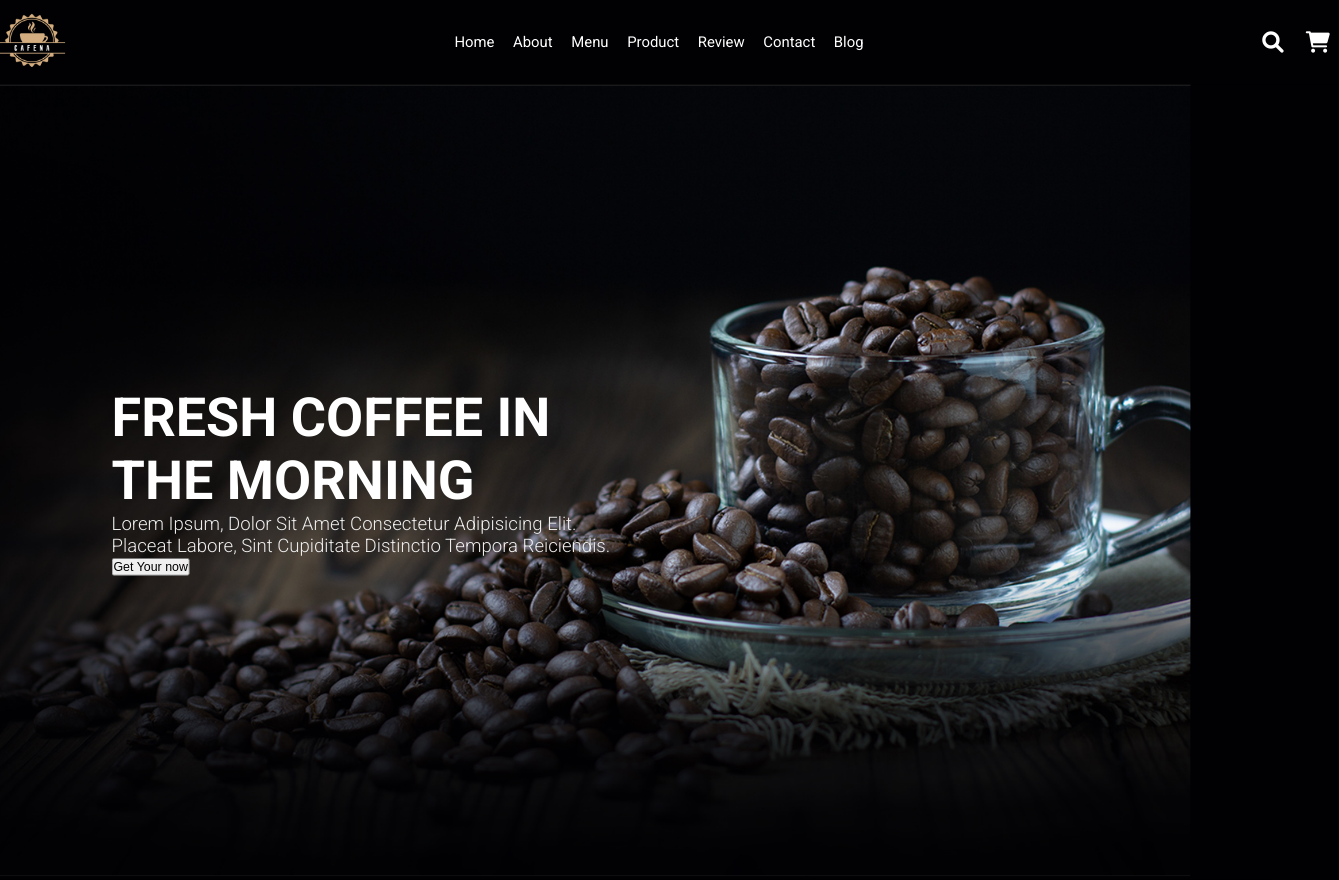
Repository: Dinhthai303/DinhThai
Page: index.html
An editor plug-in stored every save of this project. The page is shown before and after the next save, followed by the edit.
The browser window is 1280 px wide. The page is 1440 px wide, so the pictures cover 1440 px, including what lies to the right of the window. The pictures show the whole page, at 93% of full size.

Above is the page before, as saved 2021-11-28 00:04:26.

### index.html
<!DOCTYPE html>
<html lang="en">

<head>
    <meta charset="UTF-8">
    <meta http-equiv="X-UA-Compatible" content="IE=edge">
    <meta name="viewport" content="width=device-width, initial-scale=1.0">
    <title>Document</title>
    <!-- FONT AWESOME -->
    <link rel="stylesheet" href="https://cdnjs.cloudflare.com/ajax/libs/font-awesome/6.0.0-beta3/css/all.min.css"
        integrity="sha512-Fo3rlrZj/k7ujTnHg4CGR2D7kSs0v4LLanw2qksYuRlEzO+tcaEPQogQ0KaoGN26/zrn20ImR1DfuLWnOo7aBA=="
        crossorigin="anonymous" referrerpolicy="no-referrer" />
    <!-- GOOLE FONT -->
    <link rel="preconnect" href="https://fonts.googleapis.com">
    <link rel="preconnect" href="https://fonts.gstatic.com" crossorigin>
    <link href="https://fonts.googleapis.com/css2?family=Roboto:wght@300;400;500;700&display=swap" rel="stylesheet">
    <!-- MAIN CSS -->
    <link rel="stylesheet" href="./css/style.css">
</head>

<body>
    <header class="header">
        <div class="container">
            <div class="header__content">
                <div class="header__logo">
                    <img src="./images/logo.png" alt="">
                </div>
                <ul class="header__menu">
                    <li class="header__item"><a class="header__link" href="#">Home</a></li>
                    <li class="header__item"><a class="header__link" href="#">About</a></li>
                    <li class="header__item"><a class="header__link" href="#">Menu</a></li>
                    <li class="header__item"><a class="header__link" href="#">Product</a></li>
                    <li class="header__item"><a class="header__link" href="#">Review</a></li>
                    <li class="header__item"><a class="header__link" href="#">Contact</a></li>
                    <li class="header__item"><a class="header__link" href="#">Blog</a></li>
                </ul>
                <div class="header__icon">
                    <i class="fa fa-search"></i>
                    <i class="fa fa-shopping-cart"></i>
                </div>
            </div>
        </div>
    </header>
    <section class="banner">
        <div class="banner__content">
            <img class="banner__image" src="./images/home-img.jpeg" alt="">
            <div class="banner__text">
                <h3 class="banner__title">FRESH COFFEE IN THE MORNING</h3>
                <p class="banner__desc">Lorem Ipsum, Dolor Sit Amet Consectetur Adipisicing Elit. Placeat Labore, Sint
                    Cupiditate Distinctio Tempora Reiciendis.</p>
                <button class="banner__button">Get Your now</button>
            </div>
        </div>
    </section>
    <section class="about"></section>
    <section class="menu"></section>
    <section class="products"></section>
    <section class="review"></section>
    <section class="contact"></section>
    <section class="blog"></section>
    <footer class="footer"></footer>
</body>

</html>

### css/style.css
*{
    margin: 0;
    padding: 0;
    box-sizing: border-box;
}
body{
    font-family: 'Roboto', sans-serif;
    background-color: #010103;
    font-weight: 400;
}
.container{
    width: 1440px;
    margin: 0 auto;
}
.header{
    background-color: #010103;
    border-bottom: 1px solid #4D4E4F;
}
.header__content{
    display: flex;
    justify-content: space-between;
    align-items: center;
    background-color: #010103;
    padding: 15px 0;
}
.header__menu{
    display: flex;
    list-style: none;
    gap: 20px;
}
.header__item:hover .header__link{
    color: #D3AD7F;
}
.header__item:hover .header__link::after{
    opacity: 1;
    transform: translateY(7px);
}
.header__link::after{
    content: "";
    width: 100%;
    height: 2px;
    position: absolute;
    left: 0;
    bottom: 0;
    background-color: #D3AD7F;
    transition: all .5s;
    opacity: 0;
}
.header__link{
    position: relative;
    color: white;
    text-decoration: none;
}
.header__icon i{
    color: white;
    font-size: 23px;
    margin: 0 10px;
    cursor: pointer;
}
.header__icon i:hover{
    color: #D3AD7F;
}
.header__logo img{
    width: 70px;
}
.banner__content{
    position: relative;
    width: 100%;
    height: 850px;
}
.banner__image{
    width: 100%;
    height: 100%;
    object-fit: cover;
}
.banner__text{
    position: absolute;
    top: 50%;
    left: 120px;
    transform: translateY(-50%);
    width: 570px;
}
.banner__title{
    font-size: 58px;
    color: white;
}
.banner__desc{
    font-size: 20px;
    color: rgb(238, 238, 238);
    font-weight: lighter;
}

After the next save:
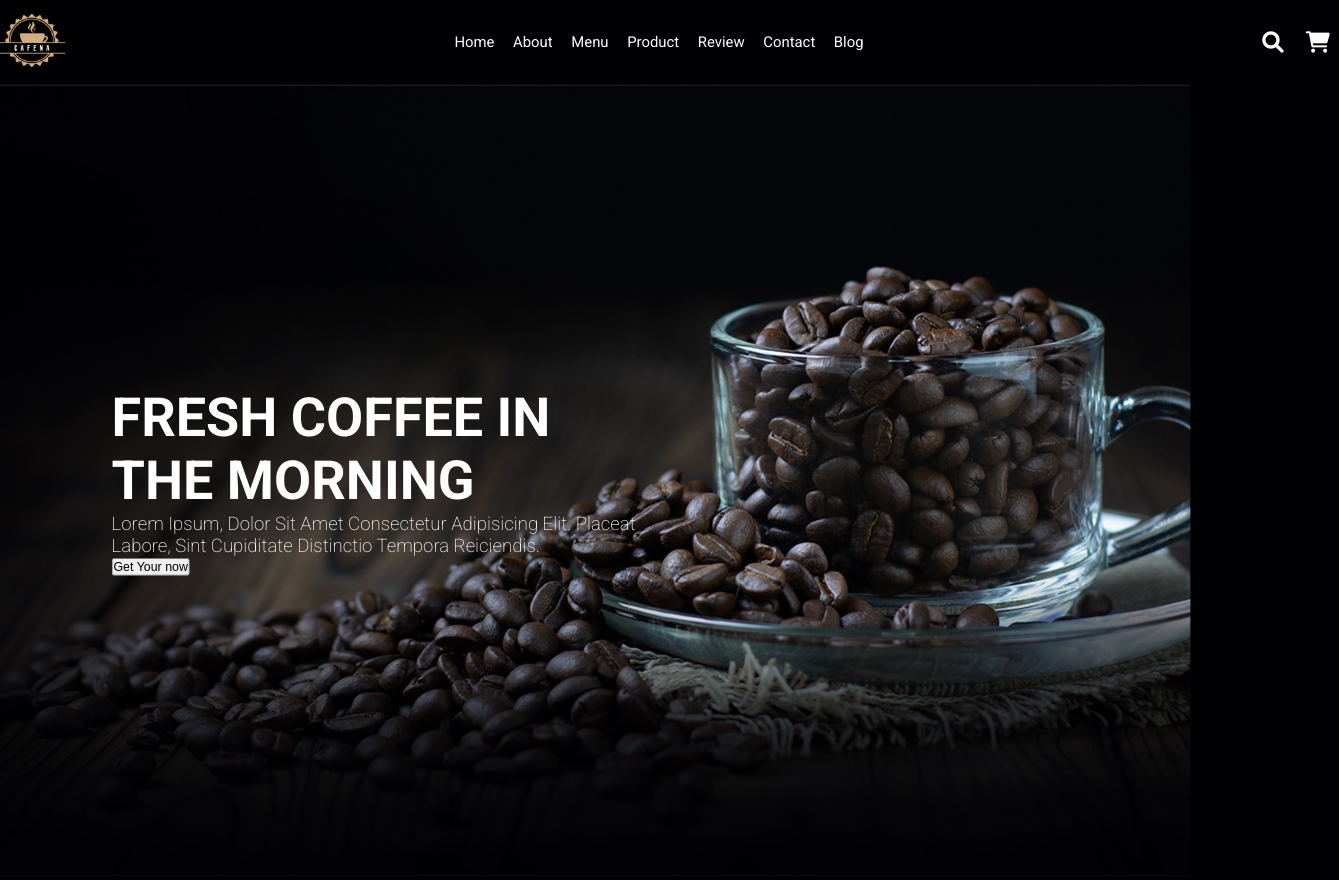
Saved 2 s later.
--- a/index.html
+++ b/index.html
@@ -13,7 +13,7 @@
     <!-- GOOLE FONT -->
     <link rel="preconnect" href="https://fonts.googleapis.com">
     <link rel="preconnect" href="https://fonts.gstatic.com" crossorigin>
-    <link href="https://fonts.googleapis.com/css2?family=Roboto:wght@300;400;500;700&display=swap" rel="stylesheet">
+    <link href="https://fonts.googleapis.com/css2?family=Roboto:wght@200;400;500;700&display=swap" rel="stylesheet">
     <!-- MAIN CSS -->
     <link rel="stylesheet" href="./css/style.css">
 </head>

After the save that followed:
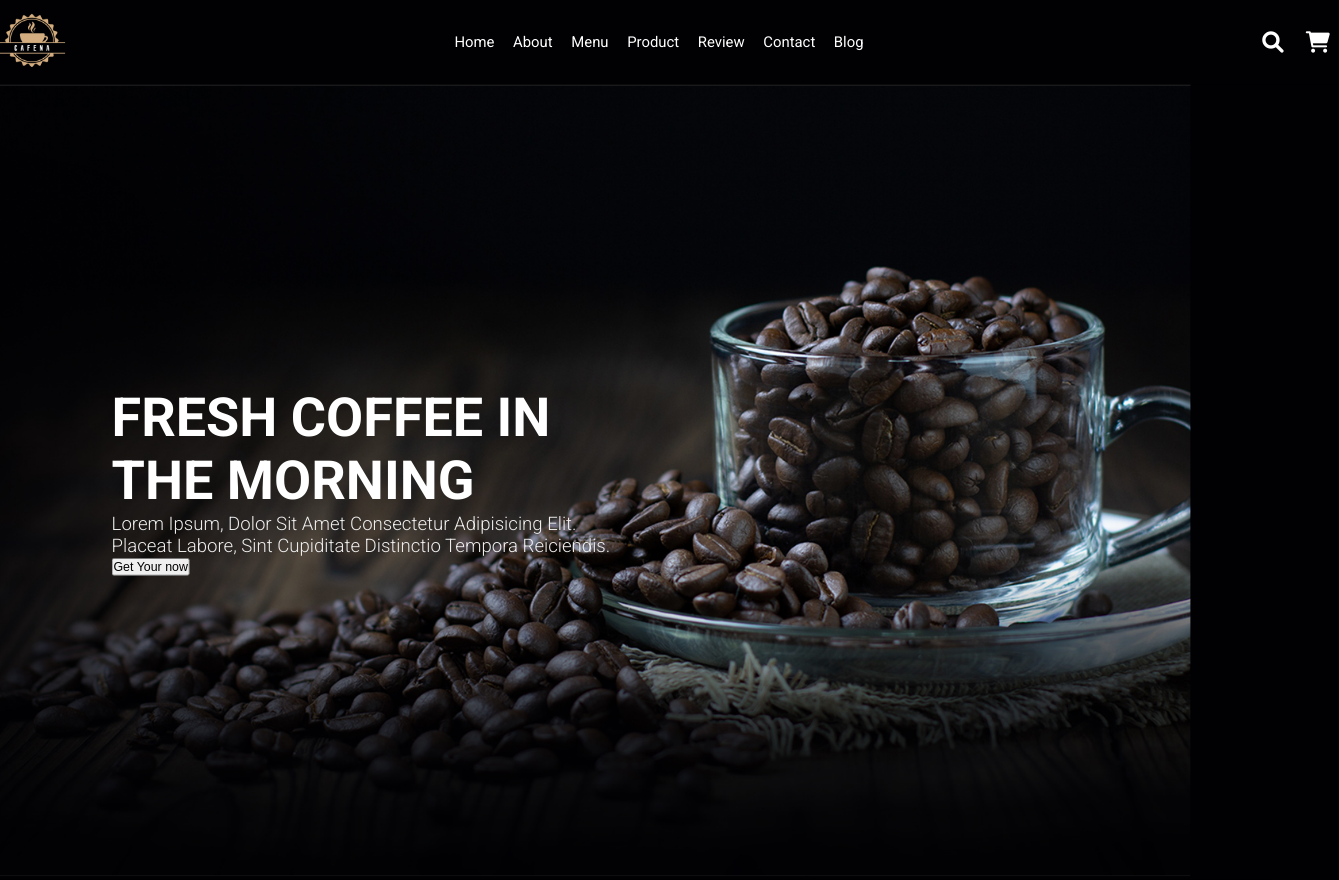
Saved 6 s later.
--- a/index.html
+++ b/index.html
@@ -13,7 +13,7 @@
     <!-- GOOLE FONT -->
     <link rel="preconnect" href="https://fonts.googleapis.com">
     <link rel="preconnect" href="https://fonts.gstatic.com" crossorigin>
-    <link href="https://fonts.googleapis.com/css2?family=Roboto:wght@200;400;500;700&display=swap" rel="stylesheet">
+    <link href="https://fonts.googleapis.com/css2?family=Roboto:wght@300;400;500;700&display=swap" rel="stylesheet">
     <!-- MAIN CSS -->
     <link rel="stylesheet" href="./css/style.css">
 </head>
